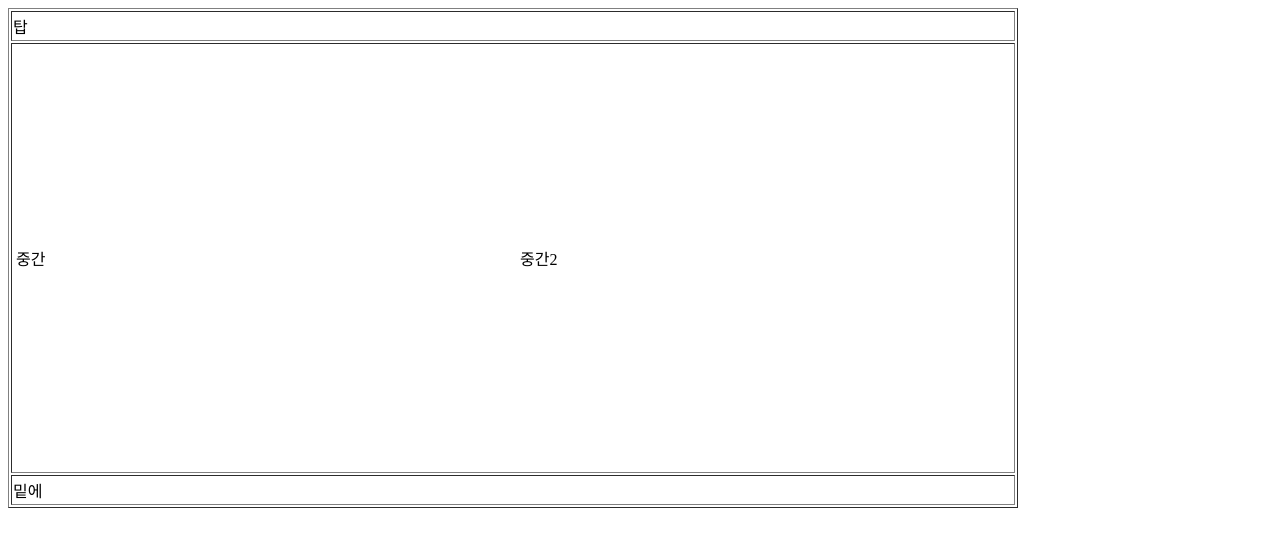
Repository: ikobean/ikoebean
Page: http://localhost/dev_jsp/ch07/index.jsp
The author's editor kept a copy of each file at every save. The page is drawn from the files as they stood at one save, then again after the next save.
The browser window is 1280 px wide. The pictures show the whole page.
The page is served by Tomcat 9. Other server files are loaded and not shown.

Above is the page before, as saved 2019-07-17 01:48:44.

### workspace_jsp/dev_jsp/WebContent/ch07/index.jsp
<%@ page language="java" contentType="text/html; charset=UTF-8"
    pageEncoding="UTF-8"%>
<!DOCTYPE html>
<html>
<head>
<meta charset="UTF-8">
<title>Insert title here</title>
</head>
<body>
<table border=1 width="1000" height="500">
	<tr>
	<td>탑</td>
	</tr>
	<tr>
		<td>
			<table width="1000" height="400">
				<tr>
					<td width="500" >
						중간
					</td>

					<td>
						중간2
					</td>
				</tr>

			</table>
		</td>
	</tr>
	<tr>
		<td>
		밑에
		</td>
	</tr>
</table>
</body>
</html>

After the next save:
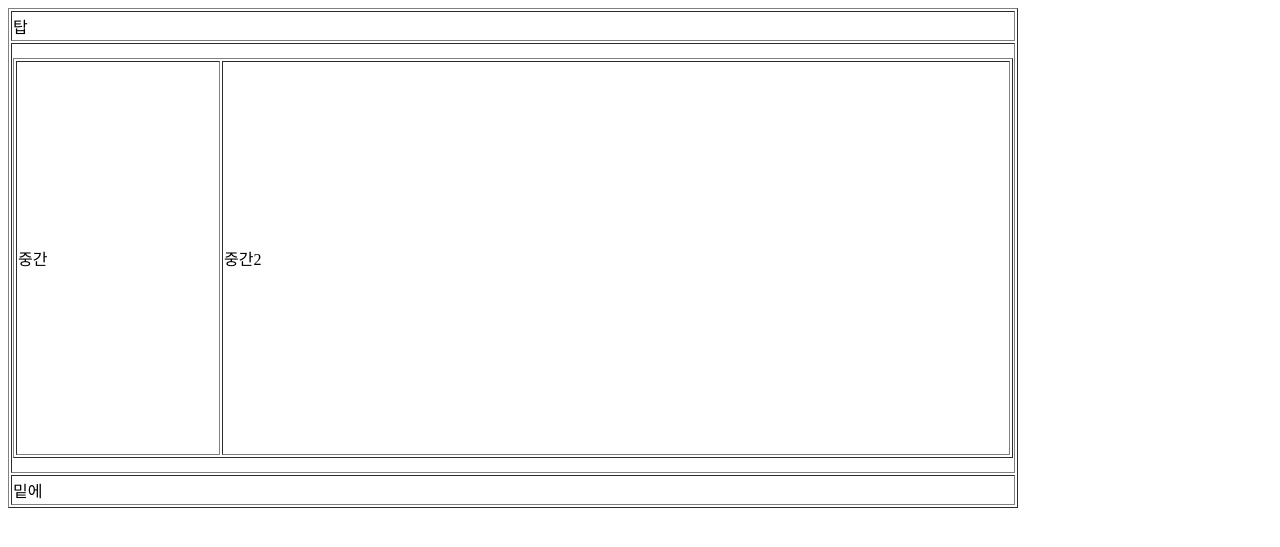
Saved 10 s later.
--- a/workspace_jsp/dev_jsp/WebContent/ch07/index.jsp
+++ b/workspace_jsp/dev_jsp/WebContent/ch07/index.jsp
@@ -13,9 +13,9 @@
 	</tr>
 	<tr>
 		<td>
-			<table width="1000" height="400">
+			<table border=1 width="1000" height="400">
 				<tr>
-					<td width="500" >
+					<td width="200" >
 						중간
 					</td>
 
